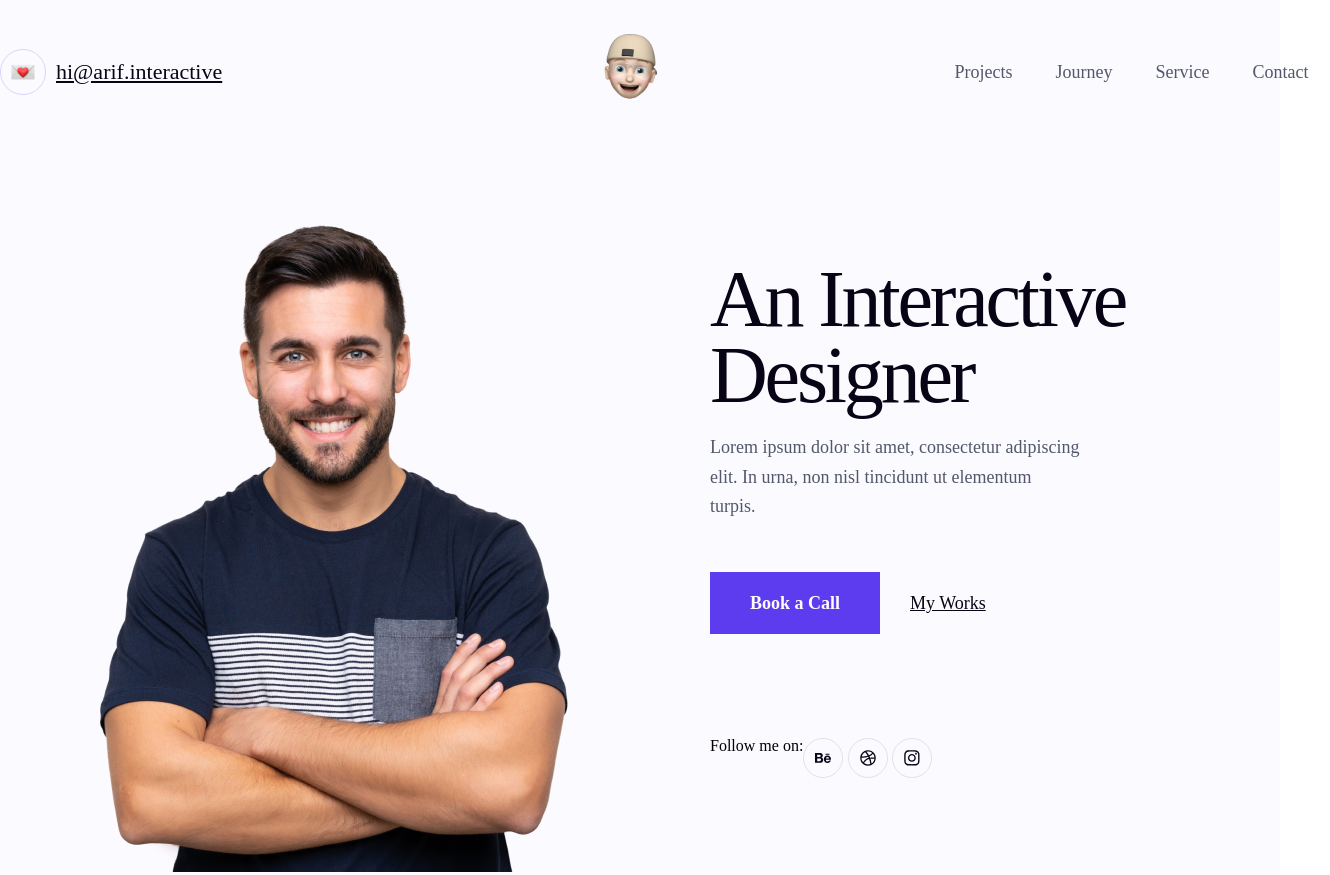
Repository: trantangtuan/project-06-grid-system12column-demo
Page: index.html
An editor plug-in stored every save of this project. The page is shown before and after the next save, followed by the edit.
The browser window is 1280 px wide. The page is 1330 px wide, so the pictures cover 1330 px, including what lies to the right of the window. The pictures show the whole page.

Above is the page before, as saved 2024-07-12 21:54:43.

### index.html
<!DOCTYPE html>
<html lang="en">
  <head>
    <meta charset="UTF-8" />
    <meta name="viewport" content="width=device-width, initial-scale=1.0" />
    <title>Project - 06 - use grid systerm 12 column</title>
    <!-- reset css -->
    <link rel="stylesheet" href="./assets/css/reset.css" />
    <!-- grid css -->
    <link rel="stylesheet" href="./assets/css/grid.css" />
    <!-- style css -->
    <link rel="stylesheet" href="./assets/css/style.css" />
    <!-- responsive css -->
    <link rel="stylesheet" href="./assets/css/responsive.css" />
  </head>
  <body>
    <!-- header -->
    <header class="header">
      <div class="nav">
        <div class="nav__mail">
          <div class="nav__mail-icon">
            <img
              class="nav__mail-img"
              src="./assets/img/mail-icon.png"
              alt="mail icon"
            />
          </div>
          <a
            href="mailto:nguyenvancuong0345723186@gmail.com"
            class="nav__mail-desc"
          >
            hi@arif.interactive
          </a>
        </div>
        <div class="logo">
          <img src="./assets/img/logo-boy.svg" alt="logo" class="logo-img" />
        </div>
        <ul class="navbar">
          <li>
            <a href="#!" class="navbar__item">Projects</a>
          </li>
          <li>
            <a href="#!" class="navbar__item">Journey</a>
          </li>
          <li>
            <a href="#!" class="navbar__item">Service</a>
          </li>
          <li>
            <a href="#!" class="navbar__item">Contact</a>
          </li>
        </ul>
      </div>
    </header>
    <!-- main -->
    <main class="main">
      <!-- hero -->
      <div class="hero">
        <div class="group-rectangle"></div>
        <div class="container">
          <div class="hero__left">
            <img
              src="./assets/img/hero-img.png"
              alt="image hero"
              class="hero__img"
            />
          </div>
          <div class="hero__right">
            <h1 class="hero__title">An Interactive Designer</h1>
            <p class="hero__desc">
              Lorem ipsum dolor sit amet, consectetur adipiscing elit. In urna,
              non nisl tincidunt ut elementum turpis.
            </p>
            <div class="hero__cta">
              <a href="#!" class="btn btn__book-call">Book a Call</a>
              <a href="#!" class="btn__my-detail">My Works</a>
            </div>
            <div class="hero__social-network">
              <span class="social-network__desc">Follow me on:</span>
              <div class="social-network__group">
                <a href="#!">
                  <img
                    src="./assets/img/Goggle.svg"
                    alt="goggle"
                    class="social-network__icon"
                  />
                </a>
                <a href="#!">
                  <img
                    src="./assets/img/icon.svg"
                    alt="icon"
                    class="social-network__icon"
                  />
                </a>
                <a href="#!">
                  <img
                    src="./assets/img/Instagram.svg"
                    alt="instagram"
                    class="social-network__icon"
                  />
                </a>
              </div>
            </div>
          </div>
        </div>
      </div>
    </main>
  </body>
</html>

### assets/css/grid.css
.container,
.container-fluid {
  --spacer: 10px;
  --column-size: 12;
  width: 100%;
  margin-left: auto;
  margin-right: auto;
  padding-left: calc(var(--spacer) / 2);
  padding-right: calc(var(--spacer) / 2);
}

.row {
  display: flex;
  flex-wrap: wrap;

  margin: 0px calc(-1 * var(--spacer) / 2);
}

.gutter-0 {
  --spacer: 0;
}

[class*="offset-"] {
  margin-left: calc(100% / var(--column-size) * var(--offset-value));
}

.offset-1 {
  --offset-value: 1;
}

.offset-2 {
  --offset-value: 2;
}

.offset-3 {
  --offset-value: 3;
}

.offset-4 {
  --offset-value: 4;
}

.offset-5 {
  --offset-value: 5;
}

.offset-6 {
  --offset-value: 6;
}

.offset-7 {
  --offset-value: 7;
}

.offset-8 {
  --offset-value: 8;
}

.offset-9 {
  --offset-value: 9;
}

.offset-10 {
  --offset-value: 10;
}

.offset-11 {
  --offset-value: 11;
}

.col,
.row[class*="row-cols-"] > *,
.row > [class*="col-"] {
  padding-left: calc(var(--spacer) / 2);
  padding-right: calc(var(--spacer) / 2);
}

.row[class*="row-cols-"] > *,
.row > [class*="col-"] {
  flex: 0 0 auto;
}

.row[class*="row-cols-"] > * {
  width: calc(100% / var(--row-cols-number));
}

.row-cols-1 > * {
  --row-cols-number: 1;
}

.row-cols-2 > * {
  --row-cols-number: 2;
}

.row-cols-3 > * {
  --row-cols-number: 3;
}

.row-cols-4 > * {
  --row-cols-number: 4;
}

.row-cols-5 > * {
  --row-cols-number: 5;
}

.row-cols-6 > * {
  --row-cols-number: 6;
}

.row > [class*="col-"] {
  width: calc(100% / var(--column-size) * var(--column-number));
}

.col-1 {
  --column-number: 1;
}

.col-2 {
  --column-number: 2;
}

.col-3 {
  --column-number: 3;
}

.col-4 {
  --column-number: 4;
}

.col-5 {
  --column-number: 5;
}

.col-6 {
  --column-number: 6;
}

.col-7 {
  --column-number: 7;
}

.col-8 {
  --column-number: 8;
}

.col-9 {
  --column-number: 9;
}

.col-10 {
  --column-number: 10;
}

.col-11 {
  --column-number: 11;
}

.col-12 {
  --column-number: 12;
}

/* // Small devices (landscape phones, 576px and up) */
@media (min-width: 576px) {
  .container {
    --spacer: 20px;
    width: 540px;
  }

  .gutter-sm-0 {
    --spacer: 0;
  }

  .offset-sm-1 {
    --offset-value: 1;
  }

  .offset-sm-2 {
    --offset-value: 2;
  }

  .offset-sm-3 {
    --offset-value: 3;
  }

  .offset-sm-4 {
    --offset-value: 4;
  }

  .offset-sm-5 {
    --offset-value: 5;
  }

  .offset-sm-6 {
    --offset-value: 6;
  }

  .offset-sm-7 {
    --offset-value: 7;
  }

  .offset-sm-8 {
    --offset-value: 8;
  }

  .offset-sm-9 {
    --offset-value: 9;
  }

  .offset-sm-10 {
    --offset-value: 10;
  }

  .offset-sm-11 {
    --offset-value: 11;
  }

  .col-sm-1 {
    --column-number: 1;
  }

  .col-sm-2 {
    --column-number: 2;
  }

  .col-sm-3 {
    --column-number: 3;
  }

  .col-sm-4 {
    --column-number: 4;
  }

  .col-sm-5 {
    --column-number: 5;
  }

  .col-sm-6 {
    --column-number: 6;
  }

  .col-sm-7 {
    --column-number: 7;
  }

  .col-sm-8 {
    --column-number: 8;
  }

  .col-sm-9 {
    --column-number: 9;
  }

  .col-sm-10 {
    --column-number: 10;
  }

  .col-sm-11 {
    --column-number: 11;
  }

  .col-sm-12 {
    --column-number: 12;
  }

  .row-cols-sm-1 > * {
    --row-cols-number: 1;
  }

  .row-cols-sm-2 > * {
    --row-cols-number: 2;
  }

  .row-cols-sm-3 > * {
    --row-cols-number: 3;
  }

  .row-cols-sm-4 > * {
    --row-cols-number: 4;
  }

  .row-cols-sm-5 > * {
    --row-cols-number: 5;
  }

  .row-cols-sm-6 > * {
    --row-cols-number: 6;
  }
}

/* // Medium devices (tablets, 768px and up) */
@media (min-width: 768px) {
  .container {
    width: 720px;
  }

  .gutter-md-0 {
    --spacer: 0;
  }

  .offset-md-1 {
    --offset-value: 1;
  }

  .offset-md-2 {
    --offset-value: 2;
  }

  .offset-md-3 {
    --offset-value: 3;
  }

  .offset-md-4 {
    --offset-value: 4;
  }

  .offset-md-5 {
    --offset-value: 5;
  }

  .offset-md-6 {
    --offset-value: 6;
  }

  .offset-md-7 {
    --offset-value: 7;
  }

  .offset-md-8 {
    --offset-value: 8;
  }

  .offset-md-9 {
    --offset-value: 9;
  }

  .offset-md-10 {
    --offset-value: 10;
  }

  .offset-md-11 {
    --offset-value: 11;
  }

  .col-md-1 {
    --column-number: 1;
  }

  .col-md-2 {
    --column-number: 2;
  }

  .col-md-3 {
    --column-number: 3;
  }

  .col-md-4 {
    --column-number: 4;
  }

  .col-md-5 {
    --column-number: 5;
  }

  .col-md-6 {
    --column-number: 6;
  }

  .col-md-7 {
    --column-number: 7;
  }

  .col-md-8 {
    --column-number: 8;
  }

  .col-md-9 {
    --column-number: 9;
  }

  .col-md-10 {
    --column-number: 10;
  }

  .col-md-11 {
    --column-number: 11;
  }

  .col-md-12 {
    --column-number: 12;
  }

  .row-cols-md-1 > * {
    --row-cols-number: 1;
  }

  .row-cols-md-2 > * {
    --row-cols-number: 2;
  }

  .row-cols-md-3 > * {
    --row-cols-number: 3;
  }

  .row-cols-md-4 > * {
    --row-cols-number: 4;
  }

  .row-cols-md-5 > * {
    --row-cols-number: 5;
  }

  .row-cols-md-6 > * {
    --row-cols-number: 6;
  }
}

/* // Large devices (desktops, 992px and up) */
@media (min-width: 992px) {
  .container {
    width: 960px;
    --spacer: 30px;
  }

  .gutter-lg-0 {
    --spacer: 0;
  }

  .offset-lg-1 {
    --offset-value: 1;
  }

  .offset-lg-2 {
    --offset-value: 2;
  }

  .offset-lg-3 {
    --offset-value: 3;
  }

  .offset-lg-4 {
    --offset-value: 4;
  }

  .offset-lg-5 {
    --offset-value: 5;
  }

  .offset-lg-6 {
    --offset-value: 6;
  }

  .offset-lg-7 {
    --offset-value: 7;
  }

  .offset-lg-8 {
    --offset-value: 8;
  }

  .offset-lg-9 {
    --offset-value: 9;
  }

  .offset-lg-10 {
    --offset-value: 10;
  }

  .offset-lg-11 {
    --offset-value: 11;
  }

  .col-lg-1 {
    --column-number: 1;
  }

  .col-lg-2 {
    --column-number: 2;
  }

  .col-lg-3 {
    --column-number: 3;
  }

  .col-lg-4 {
    --column-number: 4;
  }

  .col-lg-5 {
    --column-number: 5;
  }

  .col-lg-6 {
    --column-number: 6;
  }

  .col-lg-7 {
    --column-number: 7;
  }

  .col-lg-8 {
    --column-number: 8;
  }

  .col-lg-9 {
    --column-number: 9;
  }

  .col-lg-10 {
    --column-number: 10;
  }

  .col-lg-11 {
    --column-number: 11;
  }

  .col-lg-12 {
    --column-number: 12;
  }

  .row-cols-lg-1 > * {
    --row-cols-number: 1;
  }

  .row-cols-lg-2 > * {
    --row-cols-number: 2;
  }

  .row-cols-lg-3 > * {
    --row-cols-number: 3;
  }

  .row-cols-lg-4 > * {
    --row-cols-number: 4;
  }

  .row-cols-lg-5 > * {
    --row-cols-number: 5;
  }

  .row-cols-lg-6 > * {
    --row-cols-number: 6;
  }
}

/* // X-Large devices (large desktops, 1200px and up) */
@media (min-width: 1200px) {
  .container {
    width: 1170px;
  }

  .gutter-xl-0 {
    --spacer: 0;
  }

  .offset-xl-1 {
    --offset-value: 1;
  }

  .offset-xl-2 {
    --offset-value: 2;
  }

  .offset-xl-3 {
    --offset-value: 3;
  }

  .offset-xl-4 {
    --offset-value: 4;
  }

  .offset-xl-5 {
    --offset-value: 5;
  }

  .offset-xl-6 {
    --offset-value: 6;
  }

  .offset-xl-7 {
    --offset-value: 7;
  }

  .offset-xl-8 {
    --offset-value: 8;
  }

  .offset-xl-9 {
    --offset-value: 9;
  }

  .offset-xl-10 {
    --offset-value: 10;
  }

  .offset-xl-11 {
    --offset-value: 11;
  }

  .col-xl-1 {
    --column-number: 1;
  }

  .col-xl-2 {
    --column-number: 2;
  }

  .col-xl-3 {
    --column-number: 3;
  }

  .col-xl-4 {
    --column-number: 4;
  }

  .col-xl-5 {
    --column-number: 5;
  }

  .col-xl-6 {
    --column-number: 6;
  }

  .col-xl-7 {
    --column-number: 7;
  }

  .col-xl-8 {
    --column-number: 8;
  }

  .col-xl-9 {
    --column-number: 9;
  }

  .col-xl-10 {
    --column-number: 10;
  }

  .col-xl-11 {
    --column-number: 11;
  }

  .col-xl-12 {
    --column-number: 12;
  }

  .row-cols-xl-1 > * {
    --row-cols-number: 1;
  }

  .row-cols-xl-2 > * {
    --row-cols-number: 2;
  }

  .row-cols-xl-3 > * {
    --row-cols-number: 3;
  }

  .row-cols-xl-4 > * {
    --row-cols-number: 4;
  }

  .row-cols-xl-5 > * {
    --row-cols-number: 5;
  }

  .row-cols-xl-6 > * {
    --row-cols-number: 6;
  }
}

### assets/css/style.css
:root {
  --primary-color: #5d3bee;
  --secondary-color: #51586a;
}

*,
::after,
::before {
  box-sizing: border-box;
}

html {
  font-size: 62.5%;
}

body {
  font-size: 1.6rem;
}

.item {
  /* width: 33.3333%; */
  border: 1px dashed orange;
  flex: 1 0;
}

/* ======================common======================== */

a {
  text-decoration: none;
  color: var(--secondary-color);
  font-size: 1.8rem;
  font-style: normal;
  font-weight: 400;
}

.btn {
  display: inline-block;
  height: 62px;
  min-width: 170px;
  background-color: var(--primary-color);
  padding: 0px 8px;
  color: #fdfdfd;
  font-size: 1.8rem;
  font-style: normal;
  font-weight: 700;
  line-height: 62px;
  text-align: center;
}

/* ==========================header========================= */

.header {
  background-color: #fbfaff;
  padding-top: 20px;
}

.nav {
  width: 1330px;
  margin: 0px auto;
  display: flex;
  align-items: center;
}

.nav__mail {
  display: flex;
  align-items: center;
  gap: 0 10px;
}

.nav__mail-icon {
  width: 46px;
  height: 46px;
  border-radius: 50%;
  border: 1px solid #dcd4fc;
  display: flex;
  align-items: center;
  justify-content: center;
}

.nav__mail-desc {
  color: #080415;
  font-size: 2.2rem;
  font-style: normal;
  font-weight: 500;
  line-height: 136.364%;
  text-decoration: underline;
}

.logo {
  margin-left: 357px;
}

.logo-img {
  height: 100px;
  width: 100px;
}

.navbar {
  margin-left: auto;
  display: flex;
  align-items: center;
}

.navbar__item {
  padding: 8px 21.5px;
}

/* ========================main================== */
/* hero */

.hero {
  padding-top: 44px;
  background-color: #fbfaff;
}

.hero > .container {
  display: flex;
  align-items: center;
}

.hero__img {
  width: 514px;
}

.hero__right {
  width: 500px;
  margin-left: auto;
}

.hero__title {
  color: #080415;
  font-size: 8rem;
  font-style: normal;
  font-weight: 500;
  line-height: 95%;
  letter-spacing: -3.2px;
}

.hero__desc {
  width: 370px;
  margin-top: 20px;
  color: #51586a;
  font-size: 1.8rem;
  font-style: normal;
  font-weight: 400;
  line-height: 166.667%;
}

.hero__cta {
  margin-top: 50px;
  display: flex;
  align-items: center;
  gap: 30px;
}

.btn__my-detail {
  background-color: transparent;
  color: #080415;
  text-decoration: underline;
}

.hero__social-network {
  margin-top: 104px;
  display: flex;
  /* align-items: center; */
}

Loaded but not shown: assets/css/reset.css (common file); assets/css/responsive.css (no stored copy; drawn as an empty file)

After the next save:
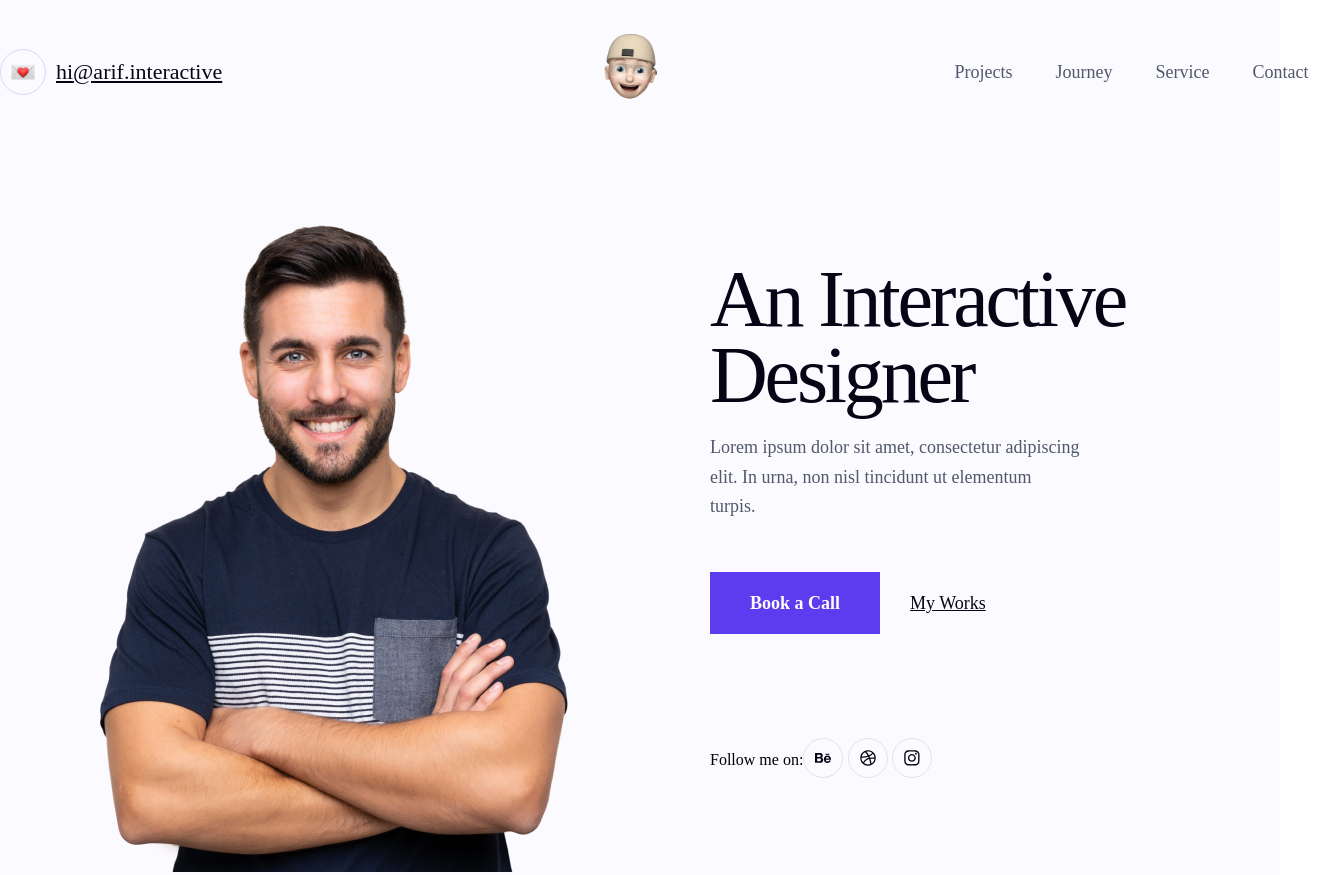
Saved 9 s later.
--- a/assets/css/style.css
+++ b/assets/css/style.css
@@ -162,5 +162,5 @@ a {
 .hero__social-network {
   margin-top: 104px;
   display: flex;
-  /* align-items: center; */
+  align-items: center;
 }
